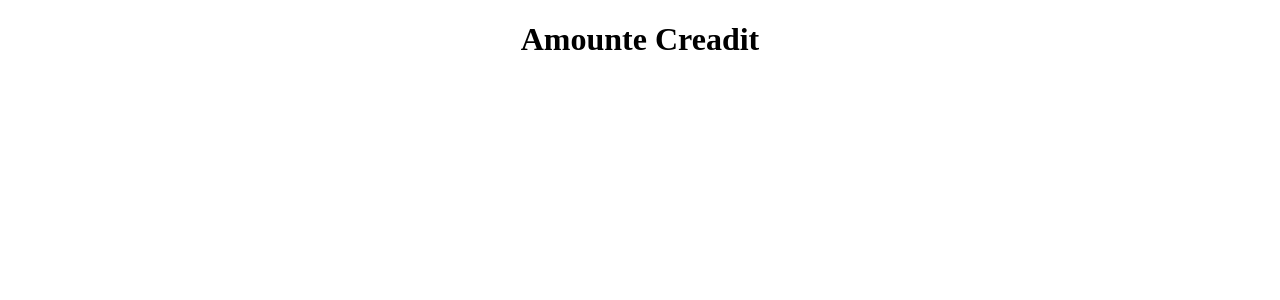
Repository: Boppesurya/advancedjav2
Page: Bank1/WebContent/Amounte.html
An editor plug-in stored every save of this project. The page is shown before and after the next save, followed by the edit.
The browser window is 1280 px wide. The pictures show the whole page.

Above is the page before, as saved 2023-06-07 08:06:14.

After the next save:
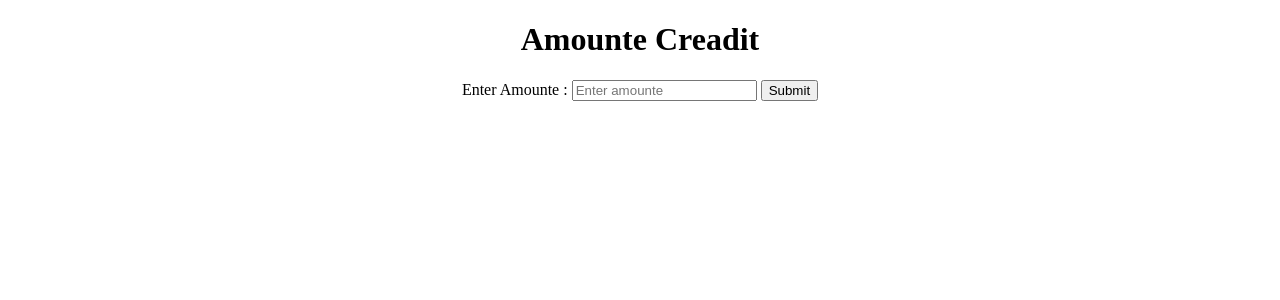
Saved 2 min 26 s later.
--- a/Bank1/WebContent/Amounte.html
+++ b/Bank1/WebContent/Amounte.html
@@ -7,8 +7,12 @@
 <body>
 <center>
 <h1>Amounte Creadit</h1>
-<form action="">
-
+<form action="CreaditAmounte" method="post">
+  <label>Enter Amounte</label>
+  <label>:</label>
+  <input type="text" placeholder="Enter amounte" name="Amounte">
+  <br<br>
+  <input type="submit">
 </form>
 </center>
 
